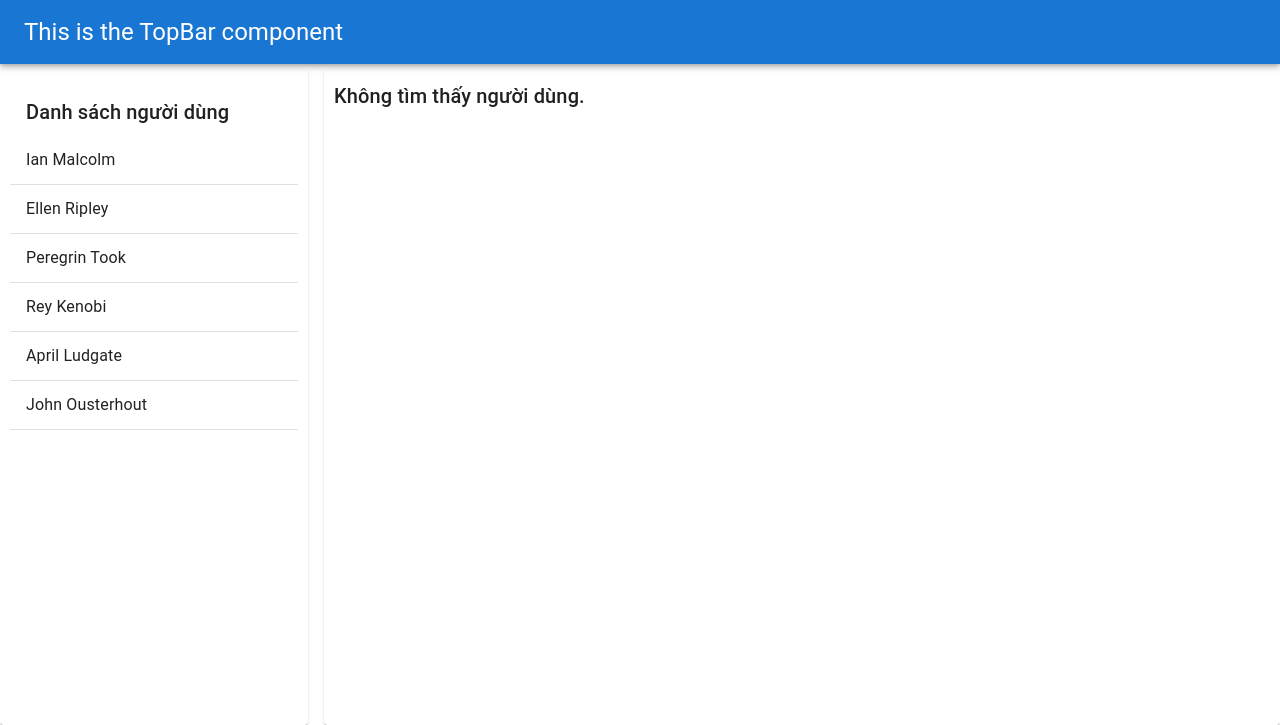
Repository: RubyScarIet/TruocKetThucLab2
Page: /users/57231f1a30e4351f4e9f4bd7
An editor plug-in stored every save of this project. The page is shown before and after the next save, followed by the edit.
The browser window is 1280 px wide. The pictures show the whole page.
The page's requests for data from a server got no answer. The project was rebuilt for these pictures with package versions that can differ from the ones it lists, and the page was loaded fresh each time. No one was signed in, and anything a server would have sent is missing. Also part of the build but not shown: src/modelData/models.js, src/components/UserPhotos/index.jsx.

Above is the page before, as saved 2026-04-05 09:20:37.

After the next save:
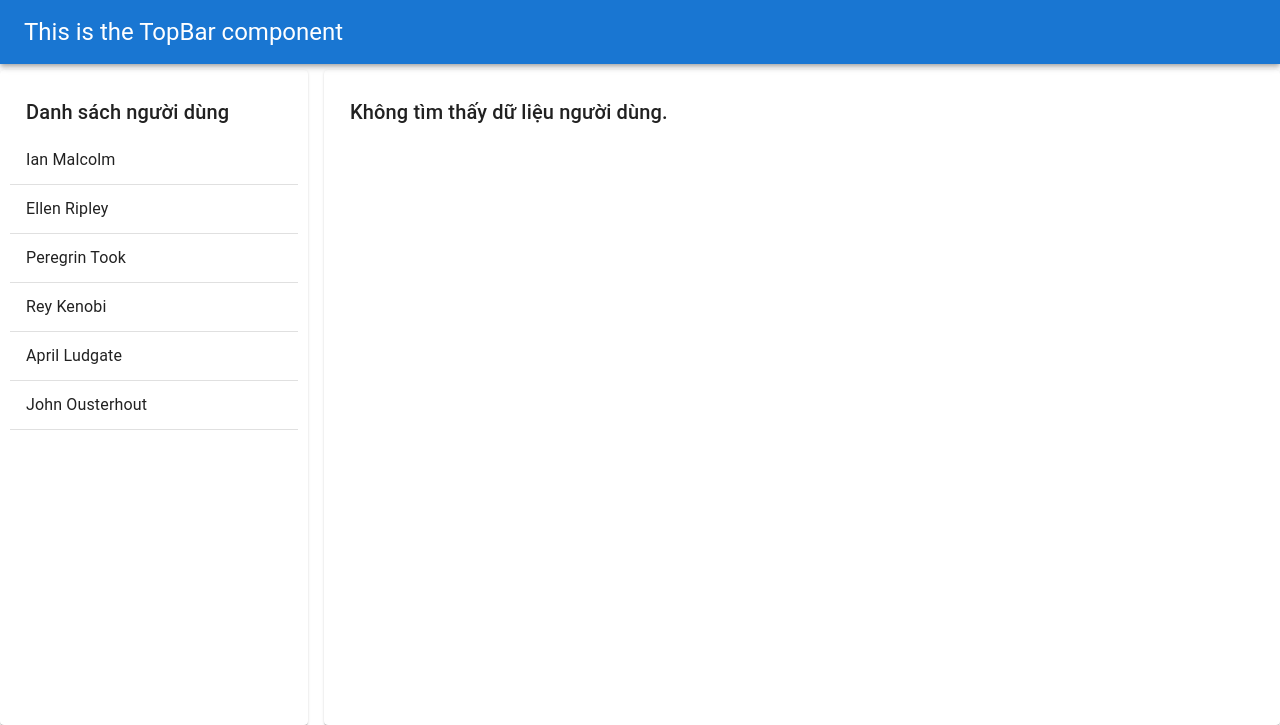
Saved 95 s later.
--- a/src/components/UserDetail/index.jsx
+++ b/src/components/UserDetail/index.jsx
@@ -1,8 +1,7 @@
 import React, { useState, useEffect } from "react";
-import { Typography, Button, Card, CardContent, Box, CircularProgress } from "@mui/material";
+import { Typography, Button, Card, CardContent, Box, CircularProgress, Divider } from "@mui/material";
 import { Link, useParams } from "react-router-dom";
 import fetchModel from "../../lib/fetchModelData";
-import "./styles.css";
 
 function UserDetail() {
   const { userId } = useParams();
@@ -11,31 +10,38 @@ function UserDetail() {
 
   useEffect(() => {
     setLoading(true);
+    // Đảm bảo có dấu gạch chéo ở đầu URL
     fetchModel(`/user/${userId}`)
       .then((response) => {
-        setUser(response.data);
+        // Kiểm tra kỹ xem response.data có tồn tại không
+        if (response && response.data) {
+          setUser(response.data);
+        }
         setLoading(false);
       })
       .catch((err) => {
         console.error("Lỗi fetch user:", err);
         setLoading(false);
       });
-  }, [userId]); // Chạy lại khi đổi người dùng ở danh sách bên trái
+  }, [userId]);
 
-  if (loading) return <CircularProgress sx={{ m: 2 }} />;
-  if (!user) return <Typography variant="h6">Không tìm thấy người dùng.</Typography>;
+  if (loading) return <Box sx={{ p: 3 }}><CircularProgress /></Box>;
+
+  // Nếu vẫn báo không tìm thấy, hãy kiểm tra tab Network trong F12
+  if (!user) return <Typography variant="h6" sx={{ p: 2 }}>Không tìm thấy dữ liệu người dùng.</Typography>;
 
   return (
     <Box sx={{ p: 2 }}>
       <Card variant="outlined">
         <CardContent>
           <Typography variant="h4" gutterBottom>{`${user.first_name} ${user.last_name}`}</Typography>
+          <Divider sx={{ mb: 2 }} />
           <Typography variant="h6" color="text.secondary">Nghề nghiệp: {user.occupation}</Typography>
-          <Typography variant="subtitle1" sx={{ mb: 2 }}> Địa điểm: {user.location}</Typography>
-          <Typography variant="body1" sx={{ mb: 3 }}>{user.description}</Typography>
+          <Typography variant="subtitle1" sx={{ mb: 2 }}>📍 Địa điểm: {user.location}</Typography>
+          <Typography variant="body1" sx={{ mb: 3, p: 2, bgcolor: '#f5f5f5' }}>{user.description}</Typography>
 
           <Button variant="contained" component={Link} to={`/photos/${userId}`}>
-            Xem Album Ảnh
+            Xem Album Ảnh của {user.first_name}
           </Button>
         </CardContent>
       </Card>
